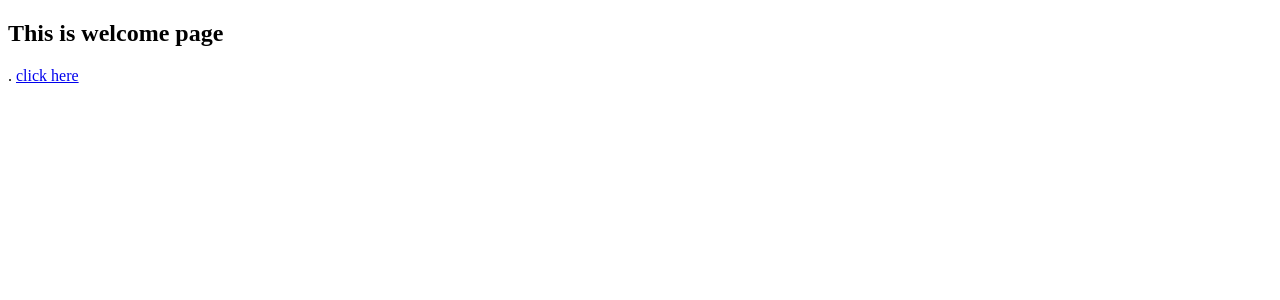
Repository: GuptaSanjay/Spring-KishoreSir-
Page: simple-webapp/WebContent/index.html
The author's editor kept a copy of each file at every save. The page is drawn from the files as they stood at one save, then again after the next save.
The browser window is 1280 px wide. The pictures show the whole page.

Above is the page before, as saved 2018-03-06 07:00:12.

After the next save:
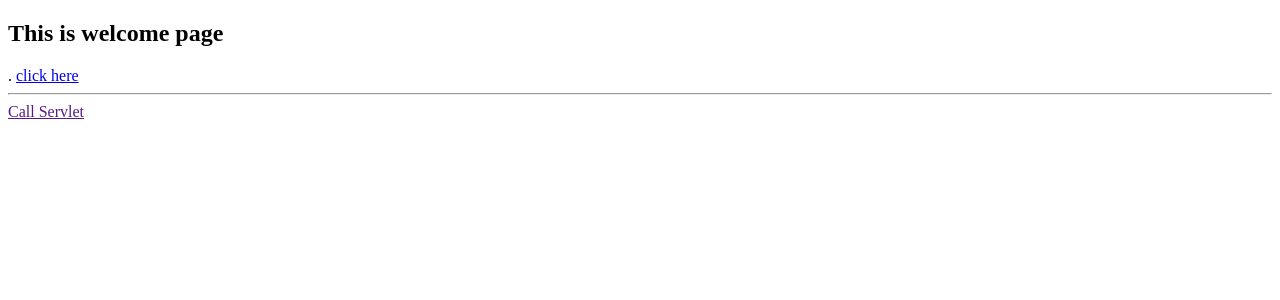
Saved 14 min 51 s later.
--- a/simple-webapp/WebContent/index.html
+++ b/simple-webapp/WebContent/index.html
@@ -7,5 +7,7 @@
 <body>
 <h2>This is welcome page</h2>.
 <a href="login.html">click here</a>
+<hr>
+<a href="">Call Servlet</a>
 </body>
 </html>
